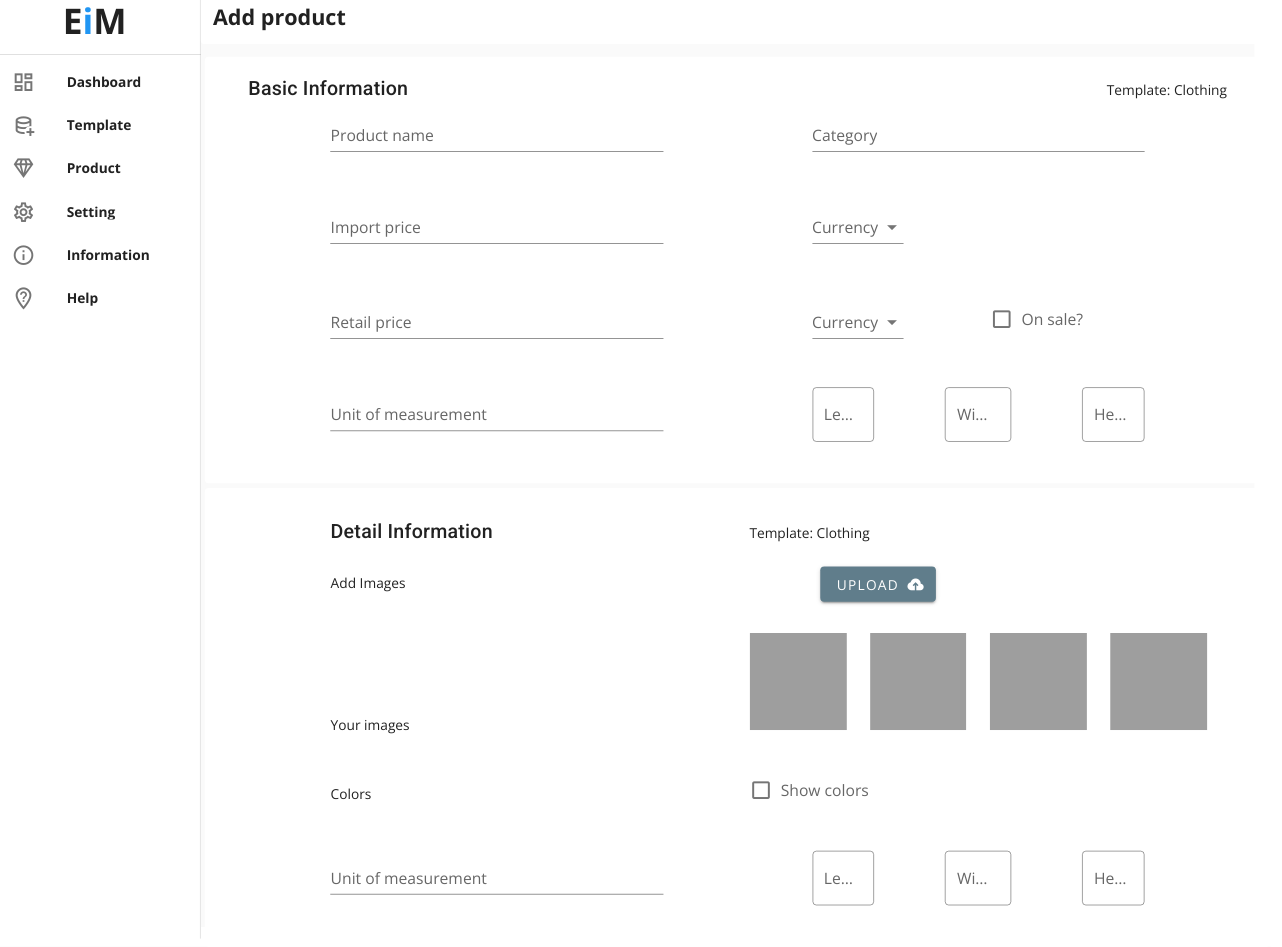
Repository: nguyenphuong152/pim-template
Page: /addproduct
The author's editor kept a copy of each file at every save. The page is drawn from the files as they stood at one save, then again after the next save.
The browser window is 1280 px wide. The page is 1308 px wide, so the pictures cover 1308 px, including what lies to the right of the window. The pictures show the whole page, at 98% of full size.
Pictures or frames that could not be fetched are drawn as grey boxes. The project was rebuilt for these pictures with package versions that can differ from the ones it lists, and the page was loaded fresh each time. Also part of the build but not shown: vue.config.js, src/views/Home.vue, src/components/Outcome_1/SearchTemplate.vue, src/components/Outcome_1/YourTemplate.vue, src/components/Outcome_1/ListComponent.vue, src/components/Outcome_1/AddInfo.vue, src/components/Outcome_1/AddDetail.vue, src/components/Outcome_1/CreateRegion.vue and 5 more.

Above is the page before, as saved 2020-12-21 12:53:00.

After the next save:
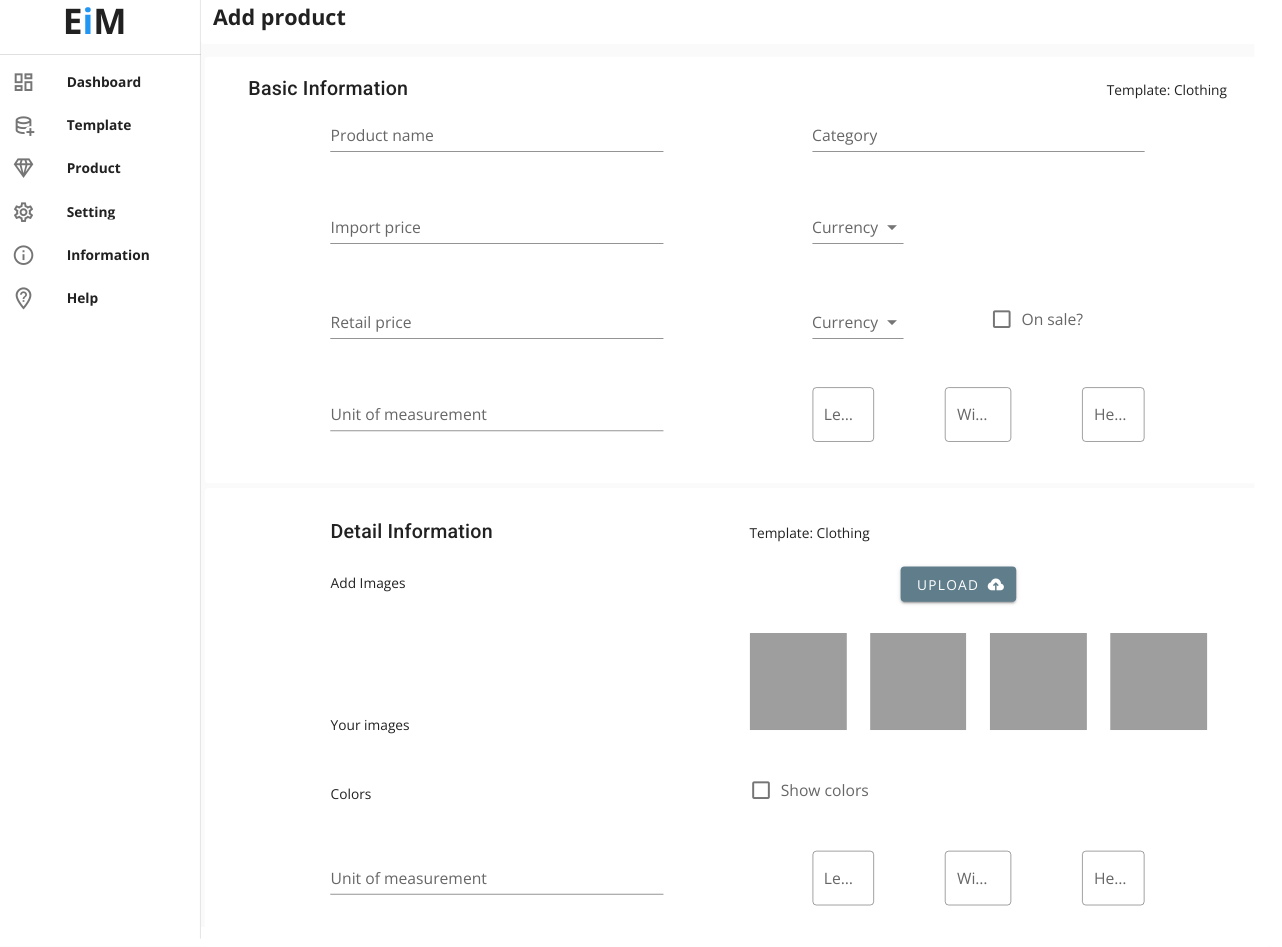
Saved 39 s later.
--- a/src/components/Outcome_2/Detail.vue
+++ b/src/components/Outcome_2/Detail.vue
@@ -13,7 +13,7 @@
       </v-row>
       <v-container class="px-16 py-0">
         <v-row class="d-flex align-baseline pa-0">
-          <v-col>
+          <v-col cols="7">
             <v-container class="py-0 px-16">
               <span>Add Images</span>
             </v-container>

After the 2 saves that followed:
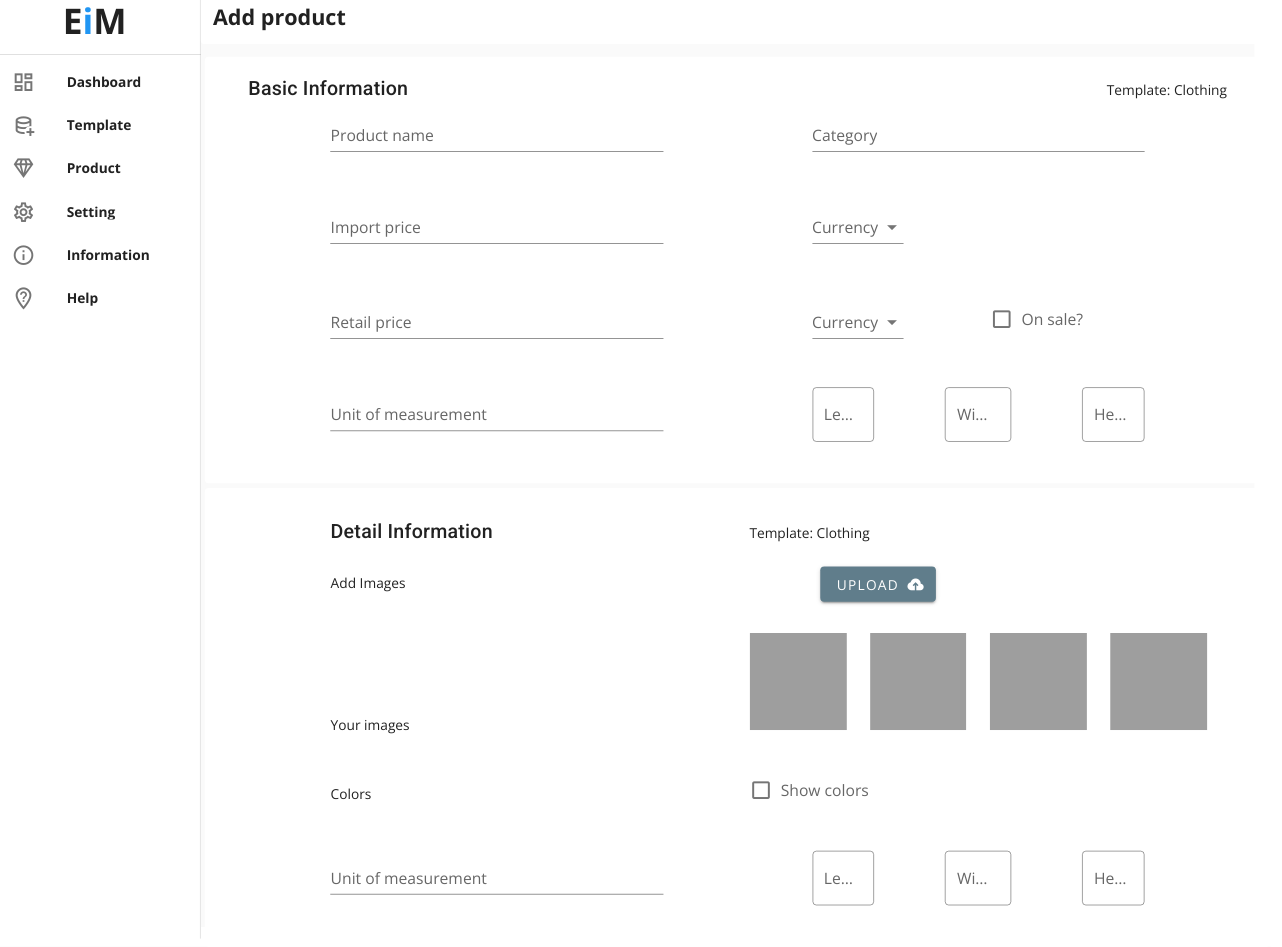
The 2 saves are shown as one change because they came seconds apart.
The last was saved 9 s later.
--- a/src/components/Outcome_2/Detail.vue
+++ b/src/components/Outcome_2/Detail.vue
@@ -13,7 +13,7 @@
       </v-row>
       <v-container class="px-16 py-0">
         <v-row class="d-flex align-baseline pa-0">
-          <v-col cols="7">
+          <v-col cols="6">
             <v-container class="py-0 px-16">
               <span>Add Images</span>
             </v-container>
